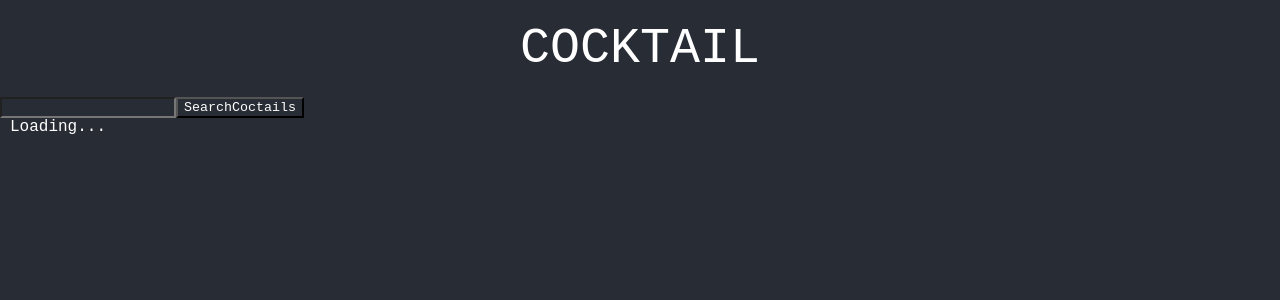
Repository: phunobi1807/coctails
Page: /
The author's editor kept a copy of each file at every save. The page is drawn from the files as they stood at one save, then again after the next save.
The browser window is 1280 px wide. The pictures show the whole page.
The page's requests for data from a server got no answer. The project was rebuilt for these pictures with package versions that can differ from the ones it lists, and the page was loaded fresh each time. No one was signed in, and anything a server would have sent is missing.

Above is the page before, as saved 2021-09-25 13:55:37.

### src/App.js
import React from 'react';
import './App.scss';
import  ListCocktails from "./components/ListCocktails"

function App() {
  return (
    <div className="App">
        <header><span>C</span>OCKTAIL</header>
        <ListCocktails />
    </div>
  );
}

export default App;

### src/App.scss
* {
  background-color: #282c34;
  color: white;
  font-family: 'Courier New', Courier, monospace, sans-serif;
}
.App
{
  header
  {
    font-size: 50px;
    text-align: center;
    margin: 20px 0;
  }
}

### src/components/ListCocktails.js
import axios from "axios";
import React, { Component } from "react";
import "./ListCocktails.scss";
class ListCocktails extends Component {
  state = {
    listCocktail: [],
    name: "",
    loading: false,
  };

  handleOnChange = (e) => {
    this.setState({
      name: e.target.value,
    });
  };

  handleSubmit = (e) => {
    e.preventDefault();
    this.fetchingCoctail();
  };

  async fetchingCoctail() {
    this.setState({ loading: true });
    let res = await axios.get(
      `https://www.thecocktaildb.com/api/json/v1/1/search.php?s=${this.state.name}`
    );
    console.log("check data:", res.data.drinks);
    this.setState({
      listCocktail: res.data && res.data.drinks ? res.data.drinks : [],
      loading: false,
    });
  }

  async componentDidMount() {
    this.fetchingCoctail();
  }

  render() {
    let { listCocktail, loading } = this.state;
    return (
      <>
        <input type="text" onChange={(e) => this.handleOnChange(e)} />
        <button onClick={(e) => this.handleSubmit(e)}>SearchCoctails </button>
        <div className="container">
          {!loading ? (
            listCocktail.map((item, index) => {
              return (
                <>
                  <div className="product-cocktail" key={item.id}>
                    <img src={item.strDrinkThumb} alt="" />
                    <p>
                      <span>Name cocktail: {item.strDrink}</span>
                    </p>
                    <p>
                      <span>Use: {item.strInstructions}</span>{" "}
                    </p>
                  </div>
                </>
              );
            })
          ) : (
            <div>Loading...</div>
          )}
        </div>
      </>
    );
  }
}

export default ListCocktails;

### src/components/ListCocktails.scss
.input
{
    text-align: center;
    margin-bottom: 30px;
    input
    {
        background-color: white;
    }
    button
    {
        cursor: pointer;
    }
}
.container {
    display: flex;
    justify-content: space-between;
    flex-wrap: wrap;
    padding: 0 10px;

    .product-cocktail {
        max-width: 300px;
        white-space: nowrap;
    text-overflow: ellipsis;
    overflow: hidden;
        img {
            width: 300px;
            height: 200px;
            object-fit: cover;
            border-radius: 5px;
        }
        p {
            span {
                white-space: inherit;
                text-overflow: inherit;
                overflow: inherit;
                color: crimson;
            }
        }
    }
}

Loaded but not shown: public/index.html (common file); src/index.js (common file); src/index.css (common file); src/reportWebVitals.js (common file)

After the next save:
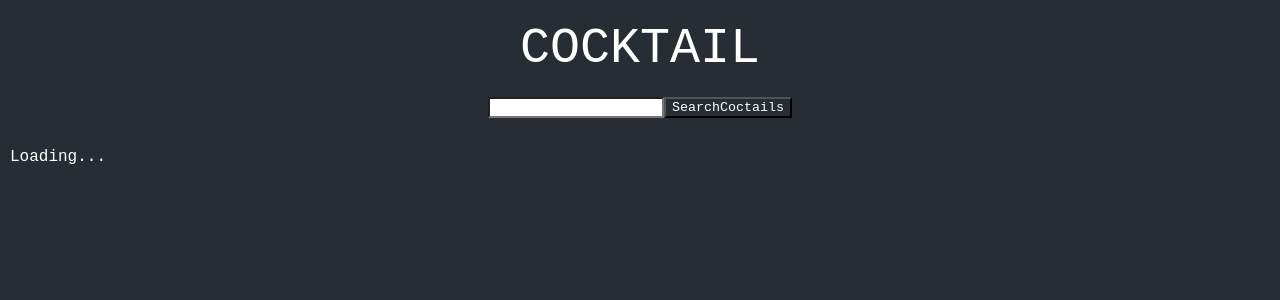
Saved 12 s later.
--- a/src/components/ListCocktails.js
+++ b/src/components/ListCocktails.js
@@ -9,25 +9,25 @@ class ListCocktails extends Component {
   };
 
   handleOnChange = (e) => {
-    this.setState({
-      name: e.target.value,
-    });
-  };
+      this.setState({
+          name: e.target.value
+      })
+  }
 
-  handleSubmit = (e) => {
-    e.preventDefault();
-    this.fetchingCoctail();
-  };
+  handleSubmit = (e) =>{
+      e.preventDefault();
+      this.fetchingCoctail();
+  }
 
-  async fetchingCoctail() {
-    this.setState({ loading: true });
+  async fetchingCoctail(){
+      this.setState({loading: true})
     let res = await axios.get(
       `https://www.thecocktaildb.com/api/json/v1/1/search.php?s=${this.state.name}`
     );
     console.log("check data:", res.data.drinks);
     this.setState({
       listCocktail: res.data && res.data.drinks ? res.data.drinks : [],
-      loading: false,
+      loading: false
     });
   }
 
@@ -39,8 +39,10 @@ class ListCocktails extends Component {
     let { listCocktail, loading } = this.state;
     return (
       <>
-        <input type="text" onChange={(e) => this.handleOnChange(e)} />
-        <button onClick={(e) => this.handleSubmit(e)}>SearchCoctails </button>
+        <div className="input">
+            <input type="text" onChange={(e)=>this.handleOnChange(e)} />
+            <button onClick={(e)=>this.handleSubmit(e)}>SearchCoctails </button>
+        </div>
         <div className="container">
           {!loading ? (
             listCocktail.map((item, index) => {
